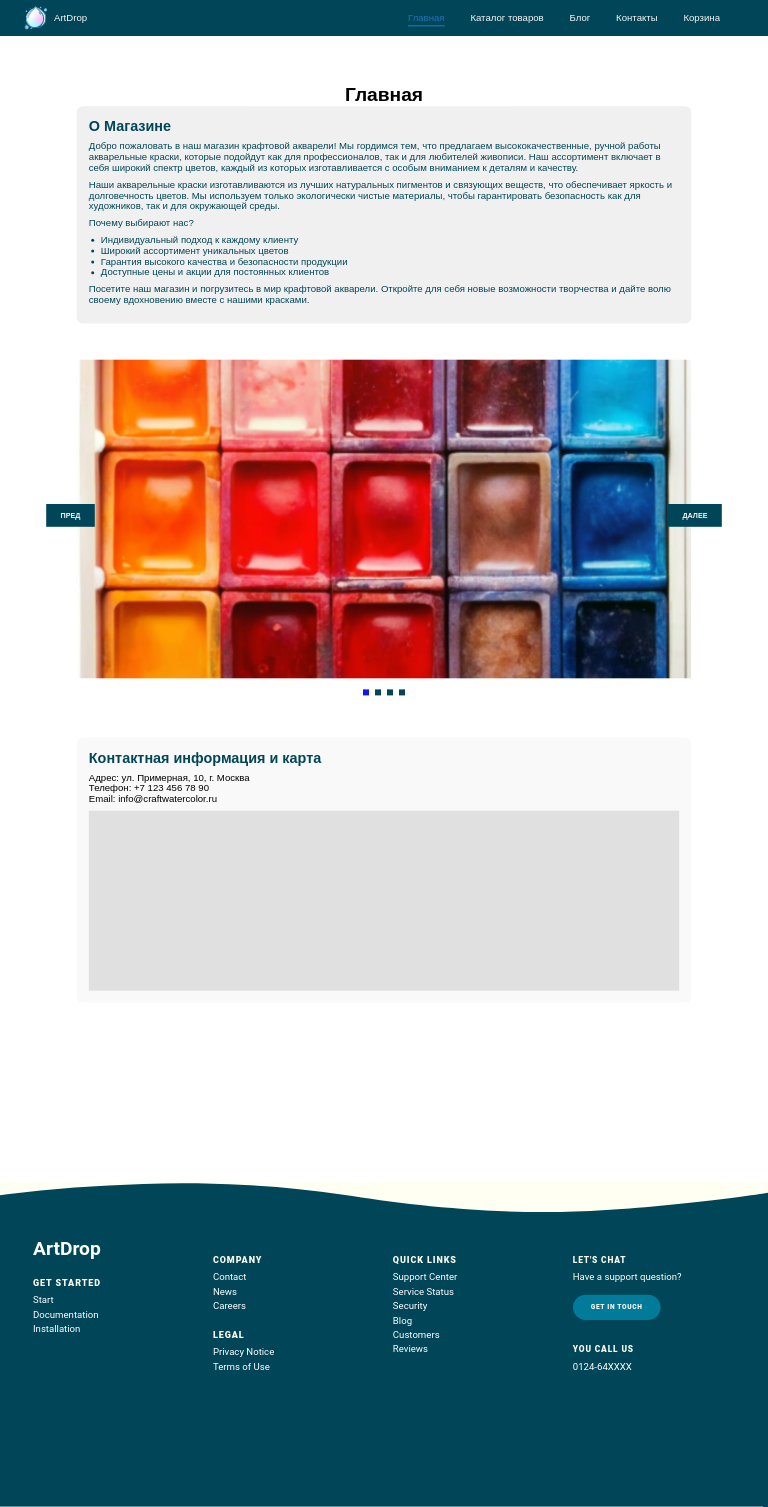
Repository: mnats725/art-drop
Page: index.html
These files come from the project's save history. The page is drawn as it stood at one moment and after a run of saves; the edit follows.
The browser window is 1280 px wide. The pictures show the whole page, at 60% of full size.

Above is the page before, as saved 2024-05-21 00:31:48.

### index.html
<!DOCTYPE html>
<html lang="en">
<head>
    <meta charset="UTF-8">
    <meta http-equiv="X-UA-Compatible" content="IE=edge">
    <meta name="viewport" content="width=device-width, initial-scale=1.0">
    <title>ArtDrop</title>
    <link rel="stylesheet" href="./css/style.css">
    <link rel="stylesheet" href="./css/content.css">

</head>
<body>
    <div class="wrapper">
        <header class="header">
            <!-- Шапка -->
            <div class="logo">
                <a href="index.html">
                    <img src="./assets/img/logo.svg" alt="ArtDrop Logo">
                    <span>ArtDrop</span>
                </a>
            </div>
            <!-- Меню сайта -->
            <nav class="nav">
                <ul>
                    <li class="active">Главная</li>
                    <li>Каталог товаров</li>
                    <li>Блог</li>
                    <li>Контакты</li>
                    <li>Корзина</li>
                </ul>
            </nav>
            <!-- Иконка бургерменю -->
            <div class="burger">
                <span></span>
            </div>
        </header>
    </div>

    <div class="content">
        <h1 class="content-title">Главная</h1>
        <section class="store-info">
          <h2>О Магазине</h2>
          <p>Добро пожаловать в наш магазин крафтовой акварели! Мы гордимся тем, что предлагаем высококачественные, ручной работы акварельные краски, которые подойдут как для профессионалов, так и для любителей живописи. Наш ассортимент включает в себя широкий спектр цветов, каждый из которых изготавливается с особым вниманием к деталям и качеству.</p>
          <p>Наши акварельные краски изготавливаются из лучших натуральных пигментов и связующих веществ, что обеспечивает яркость и долговечность цветов. Мы используем только экологически чистые материалы, чтобы гарантировать безопасность как для художников, так и для окружающей среды.</p>
          <p>Почему выбирают нас?</p>
          <ul>
              <li>Индивидуальный подход к каждому клиенту</li>
              <li>Широкий ассортимент уникальных цветов</li>
              <li>Гарантия высокого качества и безопасности продукции</li>
              <li>Доступные цены и акции для постоянных клиентов</li>
          </ul>
          <p>Посетите наш магазин и погрузитесь в мир крафтовой акварели. Откройте для себя новые возможности творчества и дайте волю своему вдохновению вместе с нашими красками.</p>
       </section>
        <main class="carousel-container">
            <div class="carousel">
              <div class="item active">
                <img src="./assets/img/colores/photo_1_2024-05-20_20-57-42.jpg" alt="Image 1" />
              </div>
              <div class="item">
                <img src="./assets//img/colores/photo_2_2024-05-20_20-57-42.jpg" alt="Image 2" />
              </div>
              <div class="item">
                <img src="./assets/img/colores/photo_3_2024-05-20_20-57-42.jpg" alt="Image 3" />
              </div>
              <div class="item">
                <img src="./assets/img/colores/photo_4_2024-05-20_20-57-42.jpg" alt="Image 4" />
              </div>
            </div>
            <button class="btn prev">Пред</button>
            <button class="btn next">Далее</button>
            <br>
            <div class="dots"></div>
          </main>

          <section class="contact-info">
            <h2>Контактная информация и карта</h2>
            <p>Адрес: ул. Примерная, 10, г. Москва</p>
            <p>Телефон: +7 123 456 78 90</p>
            <p>Email: info@craftwatercolor.ru</p>
            <div id="map"></div>
        </section>
    </div>

    <div class="pg-footer">
        <footer class="footer">
          <svg class="footer-wave-svg" xmlns="http://www.w3.org/2000/svg" viewBox="0 0 1200 100" preserveAspectRatio="none">
            <path class="footer-wave-path" d="M851.8,100c125,0,288.3-45,348.2-64V0H0v44c3.7-1,7.3-1.9,11-2.9C80.7,22,151.7,10.8,223.5,6.3C276.7,2.9,330,4,383,9.8 c52.2,5.7,103.3,16.2,153.4,32.8C623.9,71.3,726.8,100,851.8,100z"></path>
          </svg>
          <div class="footer-content">
            <div class="footer-content-column">
              <div class="footer-logo">
                <a class="footer-logo-link" href="#">
                  <span class="hidden-link-text">ArtDrop</span>
                  <h1>ArtDrop</h1>
                </a>
              </div>
              <div class="footer-menu">
                <h2 class="footer-menu-name"> Get Started</h2>
                <ul id="menu-get-started" class="footer-menu-list">
                  <li class="menu-item menu-item-type-post_type menu-item-object-product">
                    <a href="#">Start</a>
                  </li>
                  <li class="menu-item menu-item-type-post_type menu-item-object-product">
                    <a href="#">Documentation</a>
                  </li>
                  <li class="menu-item menu-item-type-post_type menu-item-object-product">
                    <a href="#">Installation</a>
                  </li>
                </ul>
              </div>
            </div>
            <div class="footer-content-column">
              <div class="footer-menu">
                <h2 class="footer-menu-name"> Company</h2>
                <ul id="menu-company" class="footer-menu-list">
                  <li class="menu-item menu-item-type-post_type menu-item-object-page">
                    <a href="#">Contact</a>
                  </li>
                  <li class="menu-item menu-item-type-taxonomy menu-item-object-category">
                    <a href="#">News</a>
                  </li>
                  <li class="menu-item menu-item-type-post_type menu-item-object-page">
                    <a href="#">Careers</a>
                  </li>
                </ul>
              </div>
              <div class="footer-menu">
                <h2 class="footer-menu-name"> Legal</h2>
                <ul id="menu-legal" class="footer-menu-list">
                  <li class="menu-item menu-item-type-post_type menu-item-object-page menu-item-privacy-policy menu-item-170434">
                    <a href="#">Privacy Notice</a>
                  </li>
                  <li class="menu-item menu-item-type-post_type menu-item-object-page">
                    <a href="#">Terms of Use</a>
                  </li>
                </ul>
              </div>
            </div>
            <div class="footer-content-column">
              <div class="footer-menu">
                <h2 class="footer-menu-name"> Quick Links</h2>
                <ul id="menu-quick-links" class="footer-menu-list">
                  <li class="menu-item menu-item-type-custom menu-item-object-custom">
                    <a target="_blank" rel="noopener noreferrer" href="#">Support Center</a>
                  </li>
                  <li class="menu-item menu-item-type-custom menu-item-object-custom">
                    <a target="_blank" rel="noopener noreferrer" href="#">Service Status</a>
                  </li>
                  <li class="menu-item menu-item-type-post_type menu-item-object-page">
                    <a href="#">Security</a>
                  </li>
                  <li class="menu-item menu-item-type-post_type menu-item-object-page">
                    <a href="#">Blog</a>
                  </li>
                  <li class="menu-item menu-item-type-post_type_archive menu-item-object-customer">
                    <a href="#">Customers</a></li>
                  <li class="menu-item menu-item-type-post_type menu-item-object-page">
                    <a href="#">Reviews</a>
                  </li>
                </ul>
              </div>
            </div>
            <div class="footer-content-column">
              <div class="footer-call-to-action">
                <h2 class="footer-call-to-action-title"> Let's Chat</h2>
                <p class="footer-call-to-action-description"> Have a support question?</p>
                <a class="footer-call-to-action-button button" href="#" target="_self"> Get in Touch </a>
              </div>
              <div class="footer-call-to-action">
                <h2 class="footer-call-to-action-title"> You Call Us</h2>
                <p class="footer-call-to-action-link-wrapper"> <a class="footer-call-to-action-link" href="tel:0124-64XXXX" target="_self"> 0124-64XXXX </a></p>
              </div>
            </div>
        </footer>
      </div>
    <script>
        document.querySelector('.burger').addEventListener('click', function() {
            this.classList.toggle('active');
            document.querySelector('.nav').classList.toggle('open');
        })
        document.addEventListener("DOMContentLoaded", function () {
  let carousel = document.querySelector(".carousel");
  let items = carousel.querySelectorAll(".item");
  let dotsContainer = document.querySelector(".dots");

  // Insert dots into the DOM
  items.forEach((_, index) => {
    let dot = document.createElement("span");
    dot.classList.add("dot");
    if (index === 0) dot.classList.add("active");
    dot.dataset.index = index;
    dotsContainer.appendChild(dot);
  });

  let dots = document.querySelectorAll(".dot");

  // Function to show a specific item
  function showItem(index) {
    items.forEach((item, idx) => {
      item.classList.remove("active");
      dots[idx].classList.remove("active");
      if (idx === index) {
        item.classList.add("active");
        dots[idx].classList.add("active");
      }
    });
  }

  // Event listeners for buttons
  document.querySelector(".prev").addEventListener("click", () => {
    let index = [...items].findIndex((item) =>
      item.classList.contains("active")
    );
    showItem((index - 1 + items.length) % items.length);
  });

  document.querySelector(".next").addEventListener("click", () => {
    let index = [...items].findIndex((item) =>
      item.classList.contains("active")
    );
    showItem((index + 1) % items.length);
  });

  // Event listeners for dots
  dots.forEach((dot) => {
    dot.addEventListener("click", () => {
      let index = parseInt(dot.dataset.index);
      showItem(index);
    });
  });
});

    </script>
</body>
</html>

### css/style.css
html, body {
    height: 100%;
    width: 100%;
    margin: 0;
    padding: 0;
}

body {
    display: flex;
    flex-direction: column;
    font-family: Arial, "Helvetica Neue", Helvetica, sans-serif;

}

*{
    padding: 0;
    margin: 0;
    box-sizing: border-box;
}

.wrapper{
    flex-grow: 1;
}

.open{
    display: flex !important;
}

.header {
    display: flex;
    align-items: center;
    justify-content: space-between;
    min-height: 60px;
    background-color: #004658;
    color: #FAF6F2;
    padding: 0 40px;
}

.logo a {
    display: flex;
    align-items: center;
    text-decoration: none; /* Убираем подчеркивание ссылки */
    color: inherit; /* Наследуем цвет текста от родительского элемента */
}

.logo img {
    width: 40px; /* Укажите желаемую ширину для логотипа */
    height: auto;
    margin-right: 10px; /* Добавим небольшое расстояние между логотипом и текстом */
}

.nav {
    display: flex;
    width: 600px;
    padding: 0 40px;
}

.nav ul {
    width: 100%;
    list-style: none;
    display: flex;
    justify-content: space-between;
}

.nav ul li {
    position: relative; /* Добавим позиционирование для создания эффекта */
    cursor: pointer; /* Указатель при наведении для обозначения активного элемента */
    transition: color 0.3s ease; /* Анимация при наведении */
}

.nav ul li::after {
    content: '';
    position: absolute;
    bottom: -5px;
    left: 0;
    width: 0; /* Начальное значение нулевой ширины */
    height: 2px;
    background-color: #2271B3; /* Цвет линии */
    transition: width 0.3s ease; /* Анимация изменения ширины */
}

.nav ul li:hover::after {
    width: 100%; /* Увеличиваем ширину линии при наведении */
}

.nav ul li:hover,
.nav ul li.active { /* Изменение цвета текста при наведении и активном состоянии */
    color: #2271B3; /* Цвет текста при наведении и активном состоянии */
}

.nav ul li.active::after {
    content: '';
    position: absolute;
    bottom: -5px;
    left: 0;
    width: 100%;
    height: 2px;
    background-color: #2271B3; /* Цвет подчеркивания активного элемента */
}

* {
    margin: 0;
    padding: 0;
  }
  a {
    color: #fff;
    text-decoration: none;
  }
  .pg-footer {
    font-family: 'Roboto', sans-serif;
  }


  .footer {
    margin-top: 300px;
      background-color: #004658;
      color: #fff;

  }
  .footer-wave-svg {
      background-color: transparent;
      display: block;
      height: 30px;
      position: relative;
      top: -1px;
      width: 100%;
  }
  .footer-wave-path {
      fill: #fffff2;
  }

  .footer-content {
      margin-left: auto;
      margin-right: auto;
      max-width: 1230px;

      padding: 40px 15px 450px;
      position: relative;
  }

  .footer-content-column {
      box-sizing: border-box;
      float: left;
      padding-left: 15px;
      padding-right: 15px;
      width: 100%;
      color: #fff;
  }

  .footer-content-column ul li a {
    color: #fff;
    text-decoration: none;
  }

  .footer-logo-link {
      display: inline-block;
  }
  .footer-menu {
      margin-top: 30px;
  }

  .footer-menu-name {
      color: #fffff2;
      font-size: 15px;
      font-weight: 900;
      letter-spacing: .1em;
      line-height: 18px;
      margin-bottom: 0;
      margin-top: 0;
      text-transform: uppercase;
  }
  .footer-menu-list {
      list-style: none;
      margin-bottom: 0;
      margin-top: 10px;
      padding-left: 0;
  }
  .footer-menu-list li {
      margin-top: 5px;
  }

  .footer-call-to-action-description {
      color: #fffff2;
      margin-top: 10px;
      margin-bottom: 20px;
  }
  .footer-call-to-action-button:hover {
      background-color: #fffff2;
      color: #00bef0;
  }
  .button:last-of-type {
      margin-right: 0;
  }
  .footer-call-to-action-button {
      background-color: #027b9a;
      border-radius: 21px;
      color: #fffff2;
      display: inline-block;
      font-size: 11px;
      font-weight: 900;
      letter-spacing: .1em;
      line-height: 18px;
      padding: 12px 30px;
      margin: 0 10px 10px 0;
      text-decoration: none;
      text-transform: uppercase;
      transition: background-color .2s;
      cursor: pointer;
      position: relative;
  }
  .footer-call-to-action {
      margin-top: 30px;
  }
  .footer-call-to-action-title {
      color: #fffff2;
      font-size: 14px;
      font-weight: 900;
      letter-spacing: .1em;
      line-height: 18px;
      margin-bottom: 0;
      margin-top: 0;
      text-transform: uppercase;
  }
  .footer-call-to-action-link-wrapper {
      margin-bottom: 0;
      margin-top: 10px;
      color: #fff;
      text-decoration: none;
  }
  .footer-call-to-action-link-wrapper a {
      color: #fff;
      text-decoration: none;
  }





  .footer-social-links {
      bottom: 0;
      height: 54px;
      position: absolute;
      right: 0;
      width: 236px;
  }

  .footer-social-amoeba-svg {
      height: 54px;
      left: 0;
      display: block;
      position: absolute;
      top: 0;
      width: 236px;
  }

  .footer-social-amoeba-path {
      fill: #027b9a;
  }

  .footer-social-link.linkedin {
      height: 26px;
      left: 3px;
      top: 11px;
      width: 26px;
  }

  .footer-social-link {
      display: block;
      padding: 10px;
      position: absolute;
  }

  .hidden-link-text {
      position: absolute;
      clip: rect(1px 1px 1px 1px);
      clip: rect(1px,1px,1px,1px);
      -webkit-clip-path: inset(0px 0px 99.9% 99.9%);
      clip-path: inset(0px 0px 99.9% 99.9%);
      overflow: hidden;
      height: 1px;
      width: 1px;
      padding: 0;
      border: 0;
      top: 50%;
  }

  .footer-social-icon-svg {
      display: block;
  }

  .footer-social-icon-path {
      fill: #fffff2;
      transition: fill .2s;
  }

  .footer-social-link.twitter {
      height: 28px;
      left: 62px;
      top: 3px;
      width: 28px;
  }

  .footer-social-link.youtube {
      height: 24px;
      left: 123px;
      top: 12px;
      width: 24px;
  }

  .footer-social-link.github {
      height: 34px;
      left: 172px;
      top: 7px;
      width: 34px;
  }


  /* Media Query For different screens */
  @media (min-width:320px) and (max-width:479px)  { /* smartphones, portrait iPhone, portrait 480x320 phones (Android) */
    .footer-content {
      margin-left: auto;
      margin-right: auto;
      max-width: 1230px;
      padding: 40px 15px 1050px;
      position: relative;
    }
  }
  @media (min-width:480px) and (max-width:599px)  { /* smartphones, Android phones, landscape iPhone */
    .footer-content {
      margin-left: auto;
      margin-right: auto;
      max-width: 1230px;
      padding: 40px 15px 1050px;
      position: relative;
    }
  }
  @media (min-width:600px) and (max-width: 800px)  { /* portrait tablets, portrait iPad, e-readers (Nook/Kindle), landscape 800x480 phones (Android) */
    .footer-content {
      margin-left: auto;
      margin-right: auto;
      max-width: 1230px;
      padding: 40px 15px 1050px;
      position: relative;
    }
  }
  @media (min-width:801px)  { /* tablet, landscape iPad, lo-res laptops ands desktops */

  }
  @media (min-width:1025px) { /* big landscape tablets, laptops, and desktops */

  }
  @media (min-width:1281px) { /* hi-res laptops and desktops */

  }




  @media (min-width: 760px) {
    .footer-content {
        margin-left: auto;
        margin-right: auto;
        max-width: 1230px;
        padding: 40px 15px 450px;
        position: relative;
    }

    .footer-wave-svg {
        height: 50px;
    }

    .footer-content-column {
        width: 24.99%;
    }
  }
  @media (min-width: 568px) {
    /* .footer-content-column {
        width: 49.99%;
    } */
  }


.burger{
    display: none;
    position: relative;
    z-index: 50;
    align-items: center;
    justify-content: flex-end;
    width: 30px;
    height: 18px;
}

.burger span{
    height: 2px;
    width: 80%;
    transform: scale(1);
    background-color: #FAF6F2;
}

.burger::before, .burger::after{
    content: '';
    position: absolute;
    height: 2px;
    width: 100%;
    background-color: #FAF6F2;
    transition: all 0.3s ease 0s;
}

.burger::before { top: 0 }

.burger::after { bottom: 0 }


/* Добавляем класс active для анимации иконки бургера */
.burger.active span { transform: scale(0) }

.burger.active::before{
    top: 50%;
    transform: rotate(-45deg) translate(0, -50%);
}

.burger.active::after{
    bottom: 50%;
    transform: rotate(45deg) translate(0, 50%);
}


/* При разрешении экрана 900px и ниже, выводим на экран иконку бургера */
@media (max-width: 900px) {

    .burger { display: flex }

    .nav{
        display: none;
        flex-direction: column;
        position: fixed;
        height: 100%;
        width: 100%;
        top: 0; bottom: 0; left: 0; right: 0;
        z-index: 50;
        overflow-y: auto;
        padding: 50px 40px;
        background-color: #388ae7;
        animation: burgerAnimation 0.4s;
    }

    .nav ul{
        flex-direction: column;
        row-gap: 30px;
    }


}

@keyframes burgerAnimation {
    from {opacity: 0}
    to {opacity: 1}
}

### css/content.css
.content {
  padding-top: 80px;
  margin: 0 auto;
}

.content-title {
  text-align: center;
}

.store-info {
  background-color: #f0f0f0;
  color: #004658;
  padding: 20px;
  border-radius: 10px;
  margin-bottom: 20px;
  margin-left: 10%;
  margin-right: 10%;
}

.store-info h2 {
  color: #004658;
  margin-bottom: 10px;
}

.store-info p,
.store-info ul {
  margin-bottom: 10px;
}

.store-info ul {
  padding-left: 20px;
}

.store-info ul li {
  list-style-type: disc;
}

.contact-info {
  background-color: #f9f9f9;
  padding: 20px;
  border-radius: 10px;
  margin-left: 10%;
  margin-right: 10%;
  margin-top: 70px;
}

.contact-info h2 {
  color: #004658;
  margin-bottom: 10px;
}

#map {
  margin-top: 10px;
  width: 100%;
  height: 300px;
  background-color: #e0e0e0;
}

.carousel-container {
  padding-top: 40px;
  width: 80%;
  height: 600px;
  margin: auto;
  position: relative;
  display: flex;
  flex-direction: column;
  gap: var(--lx-gap);

  .carousel {
    aspect-ratio: 16/9;
    width: 100%;
    position: relative;
    overflow: hidden;

    .item {
      opacity: 0;
      width: 100%;
      height: 100%;
      display: none;
      transition: opacity 0.5s ease-in-out;

      img {
        width: 100%;
        height: 100%;
        object-fit: cover;
        object-position: center;
      }

      .caption {
        width: 100%;
        padding: var(--lx-space-01);
        position: absolute;
        bottom: 0;
        text-transform: uppercase;
        text-align: center;
        font-size: 12px;
        background-color: rgba(0, 0, 0, 0.5);
      }

      &.active {
        opacity: 1;
        display: block;
      }
    }
  }

  .btn {
    padding: 1em 2em;
    position: absolute;
    transform: translateY(-50%);
    top: 50%;
    outline: none;
    border: none;
    cursor: pointer;
    text-transform: uppercase;
    font-size: 12px;
    font-weight: 900;
    color: #FAF6F2;
    background-color: #004658;
    transition: transform 0.2s ease-in-out;

    &:active,
    &:focus {
      transform: translateY(-50%) scale(0.9);
    }

    &:hover {
      transform: translateY(-50%) scale(0.96);
    }
  }

  .prev {
    left: -5%;
  }

  .next {
    right: -5%;
  }

  .dots {
    display: flex;
    align-items: center;
    justify-content: center;
    gap: 10px;

    .dot {
      cursor: pointer;
      height: 10px;
      width: 10px;
      background-color: #004658;
      transition: background-color 0.2s ease;

      &.active,
      &:hover {
        background-color: #1115ee;
      }
    }
  }
}

After the next 2 saves:
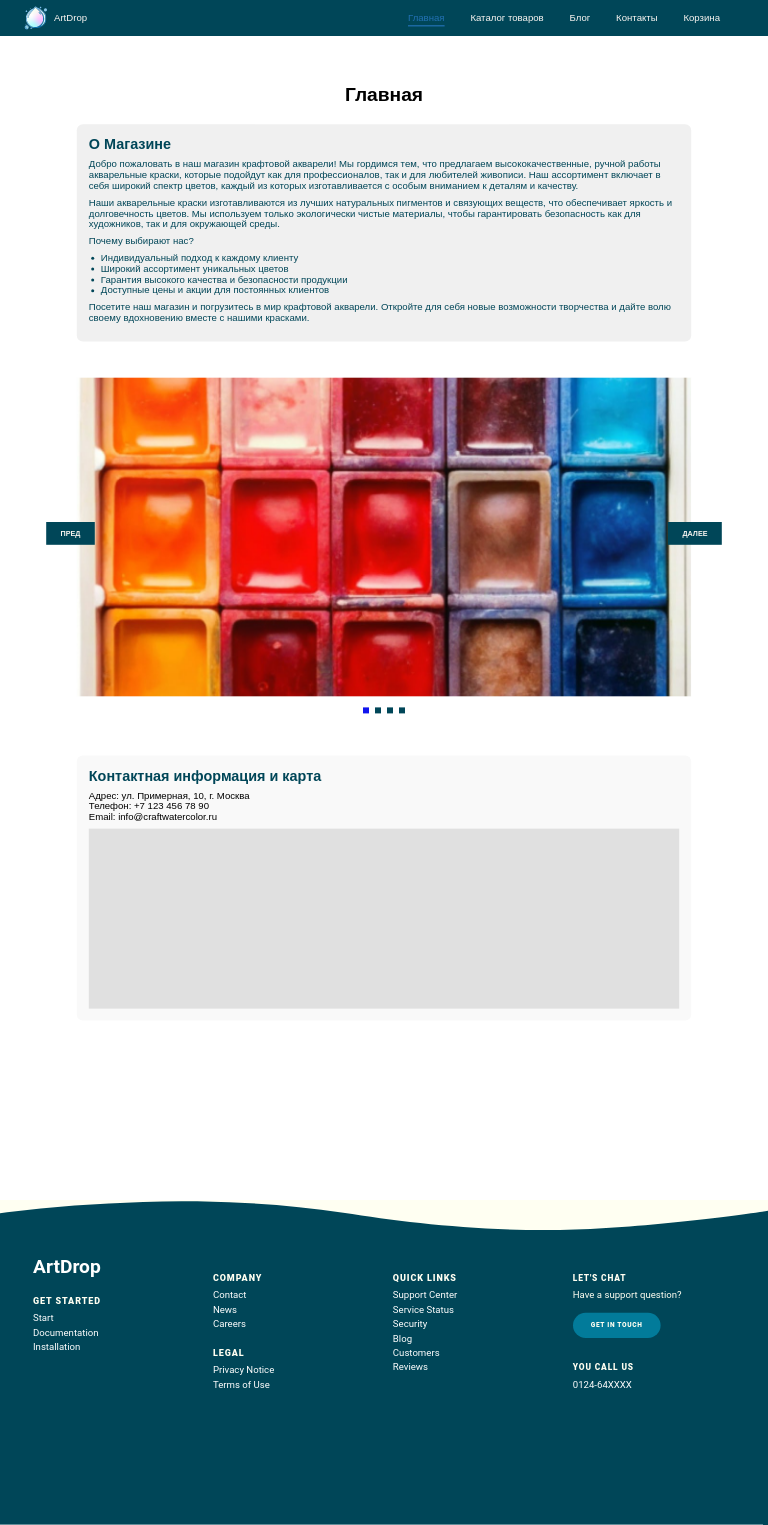
The 2 saves are shown as one change because they came seconds apart.
The last was saved 20 s later.
--- a/css/content.css
+++ b/css/content.css
@@ -5,6 +5,7 @@
 
 .content-title {
   text-align: center;
+  padding-bottom: 30px;
 }
 
 .store-info {
